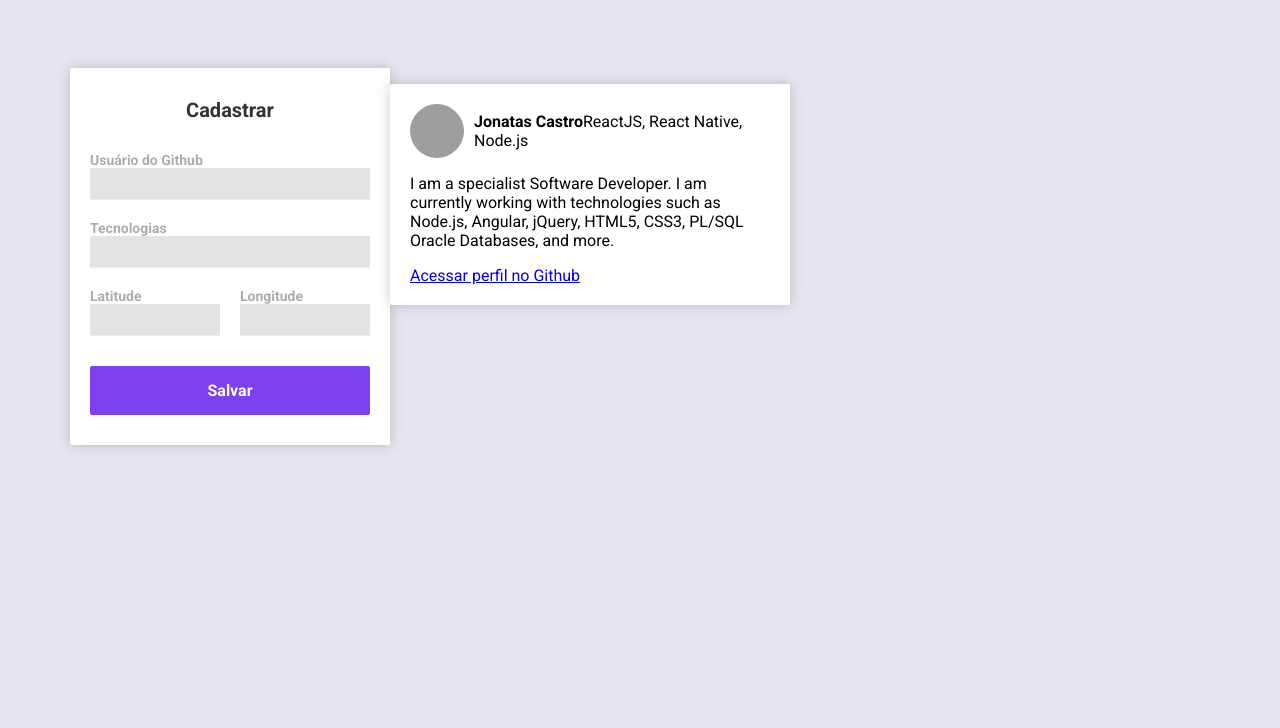
Repository: Jonatas-Castro/react_frontend
Page: /
An editor plug-in stored every save of this project. The page is shown before and after the next save, followed by the edit.
The browser window is 1280 px wide. The pictures show the whole page.
Pictures or frames that could not be fetched are drawn as grey boxes. The project was rebuilt for these pictures with package versions that can differ from the ones it lists, and the page was loaded fresh each time.

Above is the page before, as saved 2020-01-16 15:57:57.

### src/App.js
import React from 'react';
import './global.css';
import './App.css';
import './Sidebar.css';
import './Main.css';

// Componente: Bloco isolado de HTML, CSS OU JS, o quel não interfere no restante da aplicação.
// Propriedade: Informações que um componente PAI passa para um componente FILHO
// estado: Informações mantidas pelo componente (Lembrar : Imutabilidade)


function App() {

  return (
    <div id="app">
      <aside>
        <strong>Cadastrar</strong>
        <form action="">

          <div class="input-block">
            <label htmlFor="github_username">Usuário do Github</label>
            <input type="text" name="github_username" id="github_username" required />
          </div>

          <div class="input-block">
            <label htmlFor="techs">Tecnologias</label>
            <input type="text" name="techs" id="techs" required />
          </div>

          <div className="input-group">
            <div class="input-block">
              <label htmlFor="latitude">Latitude</label>
              <input type="text" name="latitude" id="latitude" required />
            </div>
            <div class="input-block">
            <label htmlFor="longitude">Longitude</label>
            <input type="text" name="longitude" id="longitude" required />
          </div>
          </div>
          <button type="submit">Salvar</button>
        </form>
      </aside>

      <main>
        <ul>
          <li className="dev-item">
            <header>
              <img src="https://avatars0.githubusercontent.com/u/55396593?s=460&v=4" alt="Jonatas-Castro"/>
              <div className="user-info">
                <strong>Jonatas Castro</strong>
                <span>ReactJS, React Native, Node.js</span>
              </div>
            </header>
            <p>
            I am a specialist Software Developer. I am currently working with technologies such as Node.js, Angular, jQuery, HTML5, CSS3, PL/SQL Oracle Databases, and more.
            </p>
            <a href="https://github.com/Jonatas-Castro">Acessar perfil no Github</a>
          </li>
        </ul>
      </main>
    </div>
   );
}

export default App;

### src/global.css
@import url('https://fonts.googleapis.com/css?family=Roboto:400,700&display=swap');
*{
    border:0;
    padding: 0;
    outline: 0;
    box-sizing: border-box;
}
html,body,#root{
    height: 100%;
}
body{
    background: #e5e6f0;
    -webkit-font-smoothing: antialiased;
}

body, input, button{
    font-family: roboto, sans-serif;
}

### src/App.css
#app{
    max-width: 1200px;
    margin: 0 auto;
    padding:60px 30px;
    display: flex;
    flex-direction: row;
    align-items: flex-start;
}

### src/Sidebar.css
aside{
    width: 320px;
    background: #fff;
    box-shadow:0 0 14px 0 rgba(0, 0, 0, 0.2);
    border-radius: 2px;
    padding: 30px 20px;
}
aside strong{
    font-size: 20px;
    text-align: center;
    display: block;
    color: #333;
}
aside form{
    margin-top: 30px;

}
aside form .input-block +.input-block{
    margin-top: 20px;
}

aside form .input-group{
    margin-top: 20px;
    display: grid;
    gap: 20px;
    grid-template-columns: 1fr 1fr;
}

aside form .input-group .input-block{
    margin-top: 0px;
}

aside form .input-block label{
    color:#acacac;
    font-size: 14px;
    font-weight: bold;
    display: block;
}
aside form .input-block input{
    width: 100px;
    height: 32px;
    font-size: 14px;
    color: #777;
    border: 0;
    border-bottom: 1px solid #eee;
    background: #e3e3e3;
    width: 100%;
}
aside form button[type=submit]{
    width: 100%;
    border:0;
    margin-top: 30px;
    background: #7d40ef;
    border-radius: 2px;
    padding: 15px 20px;
    font-size: 16px;
    font-weight: bold;
    color: #fff;
    cursor: pointer;
    transition: background 0.5s;

}
aside form button[type=submit]:hover{
    background: #6931ca;
}

### src/Main.css
main{
    flex: 1;

}
main ul{
    display: grid;
    grid-template-columns: repeat(2, 1fr);
    gap: 20px;
    list-style: none;
}

li.dev-item{
    background: #fff;
    box-shadow:0 0 14px 0 rgba(0, 0, 0, 0.2);
    border-radius: 2px;
    padding: 20px;
}
li.dev-item header{
    display: flex;
    flex-direction: row;
    align-items: center;

}

li.dev-item header img{
    width: 54px;
    height: 54px;
    border-radius: 50%;
}

li.dev-item header .user-info{

    margin-left: 10px;
}

Loaded but not shown: public/index.html (common file); src/index.js (common file)

After the next save:
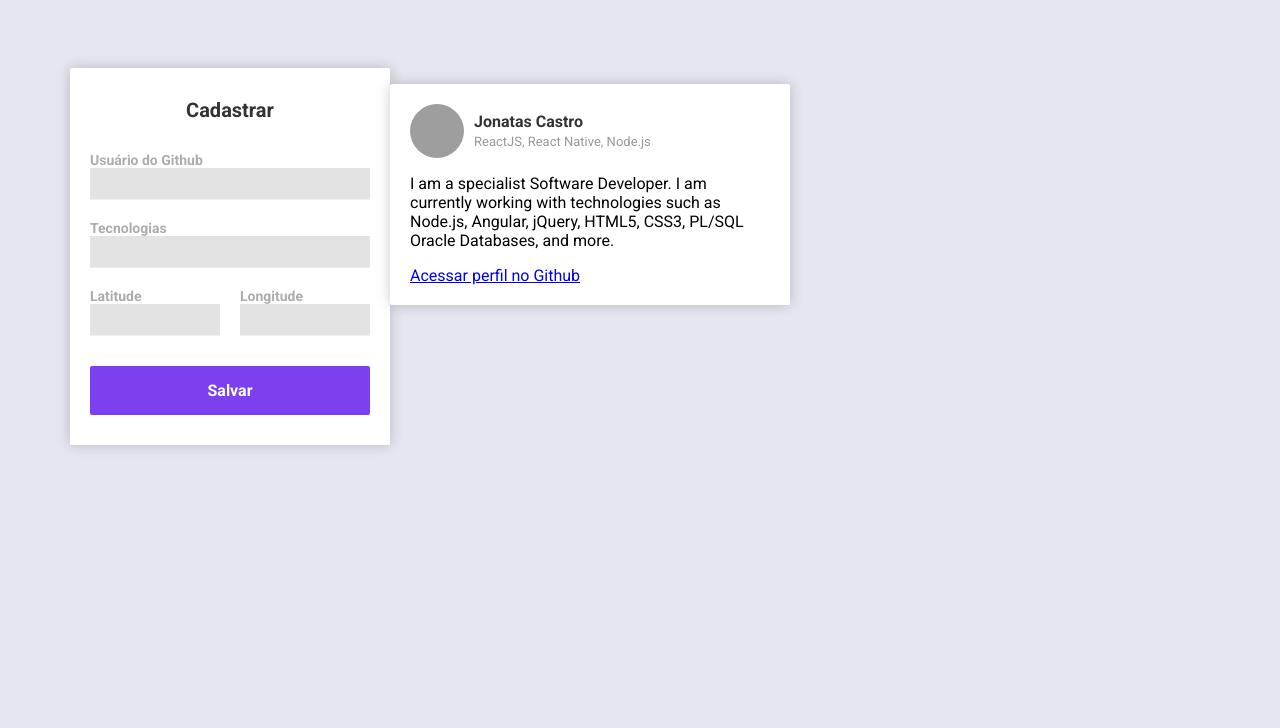
Saved 83 s later.
--- a/src/Main.css
+++ b/src/Main.css
@@ -32,3 +32,14 @@ li.dev-item header .user-info{
 
     margin-left: 10px;
 }
+.user-info strong{
+    display: block;
+    font-size: 16px;
+    color: #333;
+
+}
+.user-info span{
+    font-size: 13px;
+    color: #999;
+    margin-top: 2px;
+}
